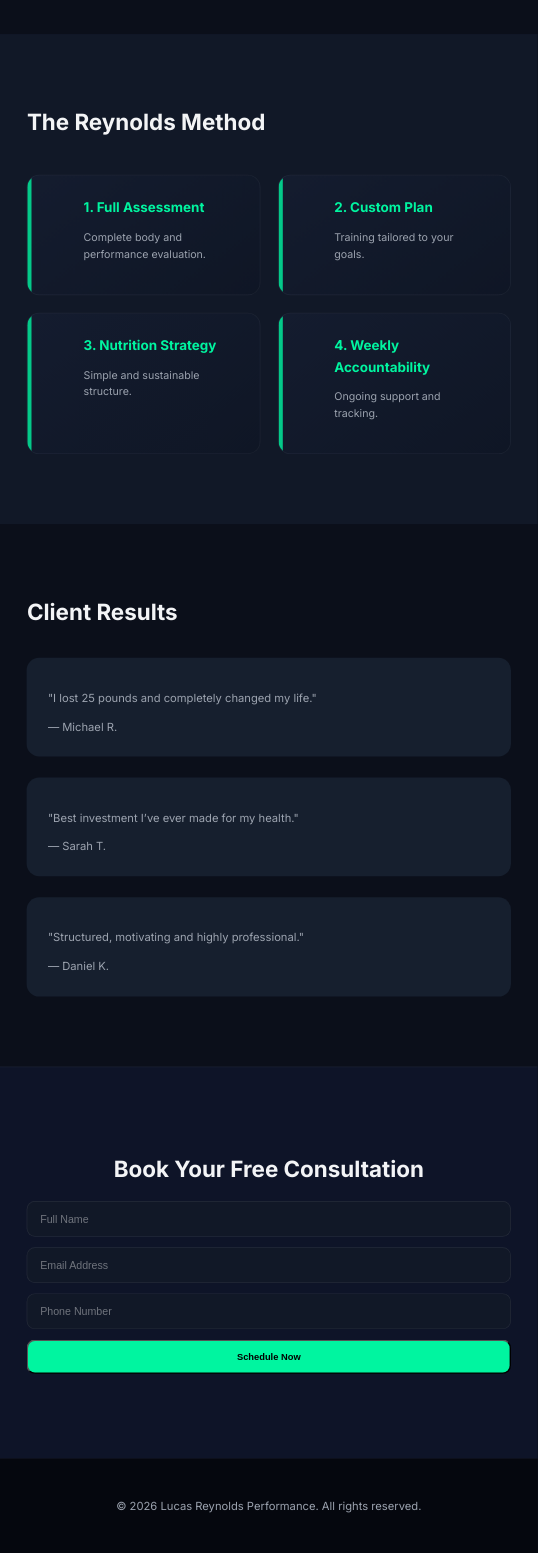
Repository: davidfsillva/Landing-page-pro
Page: index.html
The author's editor kept a copy of each file at every save. The page is drawn from the files as they stood at one save, then again after a run of saves.
The browser window is 768 px wide. The pictures show the part of the page from y = 1584 to 3824 px (the page is 3803 px tall before and 4068 px after), at 70% of full size.

Above is the page before, as saved 2026-02-25 19:24:44.

### index.html
<!DOCTYPE html>
<html lang="en">
<head>
    <!-- ================= BASIC META ================= -->
    <meta charset="UTF-8">
    <meta name="viewport" content="width=device-width, initial-scale=1.0, maximum-scale=5.0">
    <meta name="robots" content="index, follow">
    <link rel="canonical" href="https://www.davidperformance.com">

    <!-- ================= SEO ================= -->
    <title>David Performance | Elite Personal Trainer</title>
    <meta name="description" content="Elite personal training focused on fat loss, muscle building and peak performance. Customized programs, strategic nutrition and real accountability. Book your free fitness consultation today.">

    <!-- ================= OPEN GRAPH ================= -->
    <meta property="og:title" content="David Performance | Transform Your Body in 90 Days">
    <meta property="og:description" content="Personalized training programs with proven results. Limited spots available.">
    <meta property="og:type" content="website">
    <meta property="og:image" content="https://placehold.co/1200x630/0B1020/00FF99?text=DAVID+PERFORMANCE">
    <meta property="og:url" content="https://www.davidperformance.com">
    <meta name="twitter:card" content="summary_large_image">

    <!-- ================= FONTS ================= -->
    <link rel="preconnect" href="https://fonts.googleapis.com">
    <link href="https://fonts.googleapis.com/css2?family=Inter:wght@300;400;600;700;800&display=swap" rel="stylesheet">

    <!-- Icons -->
    <link rel="stylesheet" href="https://cdnjs.cloudflare.com/ajax/libs/font-awesome/6.0.0-beta3/css/all.min.css">

    <!-- CSS -->
    <link rel="stylesheet" href="style.css">

    <!-- ================= PIXEL / TRACKING ================= -->
    <!-- Add Meta Pixel or Google Tag Manager here -->
</head>

<body>

<header class="header">
  <div class="container header-flex">
      <div class="logo">LUCAS REYNOLDS</div>

      <button class="menu-toggle" id="menuToggle">☰</button>

      <nav class="nav" id="nav">
        <a href="#home">Home</a>
        <a href="#about">About</a>
        <a href="#method">Method</a>
        <a href="#results">Results</a>
      </nav>
  </div>
</header>

<main>

<!-- HERO -->
<section id="home" class="hero">
    <div class="hero-overlay"></div>

    <div class="container hero-grid">

        <div class="hero-content">
            <div class="hero-badge">
                Trusted by 320+ Clients
            </div>

            <h1>
                TRANSFORM YOUR BODY IN
                <span>90 DAYS</span>
                OR LESS
            </h1>

            <p>
                Elite personal coaching focused on fat loss, muscle growth and peak performance.
                No generic workouts. Just real strategy and real accountability.
            </p>

            <div class="hero-buttons">
                <a href="#contact" class="btn btn-primary">
                    Book Free Consultation
                </a>
            </div>

            <div class="hero-proof">
                <div>
                    <strong>320+</strong>
                    <small>Transformations</small>
                </div>

                <div>
                    <strong>8+ Years</strong>
                    <small>Experience</small>
                </div>
            </div>
        </div>

    </div>
</section>

<!-- ABOUT -->
<section id="about" class="section">
    <div class="container">
        <h2>Why Most People Fail</h2>

        <div class="grid-3">

            <div class="card">
                <h3>Generic Workouts</h3>
                <p>Programs not built for your body or goals.</p>
            </div>

            <div class="card">
                <h3>Poor Nutrition</h3>
                <p>No structured nutrition strategy to match your lifestyle.</p>
            </div>

            <div class="card">
                <h3>No Accountability</h3>
                <p>Without guidance, consistency becomes impossible.</p>
            </div>

        </div>
    </div>
</section>

<!-- METHOD -->
<section id="method" class="section section-dark">
    <div class="container">
        <h2>The Reynolds Method</h2>

        <div class="method-list">
            <div class="method-item">
                <strong>1. Full Assessment</strong>
                <p>Complete body and performance evaluation.</p>
            </div>

            <div class="method-item">
                <strong>2. Custom Plan</strong>
                <p>Training tailored to your goals.</p>
            </div>

            <div class="method-item">
                <strong>3. Nutrition Strategy</strong>
                <p>Simple and sustainable structure.</p>
            </div>

            <div class="method-item">
                <strong>4. Weekly Accountability</strong>
                <p>Ongoing support and tracking.</p>
            </div>
        </div>
    </div>
</section>

<!-- RESULTS -->
<section id="results" class="section">
    <div class="container">
        <h2>Client Results</h2>

        <div class="grid-3">

            <div class="testimonial">
                <p>"I lost 25 pounds and completely changed my life."</p>
                <span>— Michael R.</span>
            </div>

            <div class="testimonial">
                <p>"Best investment I’ve ever made for my health."</p>
                <span>— Sarah T.</span>
            </div>

            <div class="testimonial">
                <p>"Structured, motivating and highly professional."</p>
                <span>— Daniel K.</span>
            </div>

        </div>
    </div>
</section>

<!-- CONTACT -->
<section id="contact" class="section cta">
    <div class="container">
        <h2>Book Your Free Consultation</h2>

        <form class="form">
            <input type="text" placeholder="Full Name" required>
            <input type="email" placeholder="Email Address" required>
            <input type="tel" placeholder="Phone Number" required>

            <button type="submit" class="btn btn-primary">
                Schedule Now
            </button>
        </form>
    </div>
</section>

</main>

<footer class="footer">
    <div class="container">
        <p>© 2026 Lucas Reynolds Performance. All rights reserved.</p>
    </div>
</footer>

<script src="script.js"></script>
</body>
</html>

### style.css
* {
    margin: 0;
    padding: 0;
    box-sizing: border-box;
}

:root {
    --bg: #0B0F1A;
    --bg-dark: #111827;
    --card: #161F2E;

    --text: #F3F4F6;
    --muted: #9CA3AF;

    --accent: #00F5A0;

    --radius: 18px;
}

body {
    font-family: 'Inter', sans-serif;
    background: var(--bg);
    color: var(--muted);
    line-height: 1.6;
}

.container {
    width: 90%;
    max-width: 1200px;
    margin: auto;
}

.section {
    padding: 100px 0;
}

.section-dark {
    background: var(--bg-dark);
}

h1, h2, h3 {
    color: var(--text);
}

h1 {
    font-size: clamp(2.5rem, 5vw, 4rem);
    line-height: 1.1;
}

h1 span {
    color: var(--accent);
}

h2 {
    font-size: 2rem;
    margin-bottom: 40px;
}

p {
    margin: 15px 0;
}

.btn {
    display: inline-block;
    padding: 15px 35px;
    border-radius: 50px;
    font-weight: 600;
    text-decoration: none;
    transition: 0.3s ease;
}

.btn-primary {
    background: var(--accent);
    color: #000;
}

.btn-primary:hover {
    transform: translateY(-3px);
}

/* HEADER */
.header {
    position: fixed;
    width: 100%;
    background: rgba(11,15,26,0.9);
    backdrop-filter: blur(8px);
    padding: 20px 0;
    z-index: 1000;
}

.header-flex {
    display: flex;
    justify-content: space-between;
    align-items: center;
}

.logo {
    font-weight: 800;
    color: var(--accent);
}

.nav {
    display: flex;
    gap: 30px;
}

.nav a {
    color: var(--muted);
    text-decoration: none;
}

.nav a:hover {
    color: var(--accent);
}

.menu-toggle {
    display: none;
    background: none;
    border: none;
    color: var(--accent);
    font-size: 1.5rem;
}

/* HERO */
.hero {
    height: 100vh;
    display: flex;
    align-items: center;
    background: url('img/pexels-ardit-mbrati-216809103-18187618.jpg') center right/cover no-repeat;
    position: relative;
    padding-top: 80px;
}

.hero-overlay {
    position: absolute;
    inset: 0;
    background: linear-gradient(270deg, rgba(11, 15, 26, 0.116), rgb(11, 15, 26));
}

.hero-grid {
    position: relative;
}

.hero-content {
    max-width: 600px;
}

.hero-badge {
    background: rgba(0,245,160,0.1);
    color: var(--accent);
    padding: 8px 16px;
    border-radius: 50px;
    display: inline-block;
    margin-bottom: 20px;
}

.hero-proof {
    display: flex;
    gap: 40px;
    margin-top: 30px;
}

.hero-proof strong {
    color: var(--accent);
    font-size: 1.5rem;
    display: block;
}

/* ===============================
   ABOUT SECTION UPGRADE
=================================*/

#about {
    text-align: center;
}

#about h2 {
    margin-bottom: 60px;
    position: relative;
}

#about h2::after {
    content: "";
    width: 60px;
    height: 3px;
    background: var(--accent);
    display: block;
    margin: 18px auto 0;
    border-radius: 3px;
}

/* GRID */
.grid-3 {
    display: grid;
    gap: 35px;
}

/* CARD ESTILO PROBLEMA */
.card {
    position: relative;
    background: linear-gradient(145deg, #121A2B, #0E1524);
    padding: 40px 30px;
    border-radius: 20px;
    border: 1px solid rgba(255,255,255,0.04);
    transition: 0.35s ease;
    text-align: left;
    overflow: hidden;
}



/* Hover mais forte */
.card:hover {
    transform: translateY(-10px);
    border-color: var(--accent);
    box-shadow: 0 25px 60px -20px var(--accent);
}

.card h3 {
    color: var(--accent);
    font-size: 1.2rem;
    margin-bottom: 15px;
}

.card p {
    font-size: 0.95rem;
    color: var(--muted);
    line-height: 1.6;
}



/* ===============================
   METHOD SECTION IMPROVED
=================================*/

.method-list {
    display: grid;
    gap: 30px;
    margin-top: 50px;
}

.method-item {
    position: relative;
    background: linear-gradient(145deg, #141C2F, #0F1625);
    padding: 30px 35px 30px 80px;
    border-radius: 18px;
    border: 1px solid rgba(255,255,255,0.05);
    transition: 0.35s ease;
    overflow: hidden;
}

/* Linha lateral de destaque */
.method-item::before {
    content: "";
    position: absolute;
    left: 0;
    top: 0;
    height: 100%;
    width: 6px;
    background: var(--accent);
    opacity: 0.8;
}

/* Número grande no fundo */
.method-item::after {
    content: attr(data-step);
    position: absolute;
    right: 25px;
    top: 20px;
    font-size: 4rem;
    font-weight: 800;
    color: rgba(255,255,255,0.04);
}

/* Hover sofisticado */
.method-item:hover {
    transform: translateY(-8px);
    border-color: var(--accent);
    box-shadow: 0 20px 50px -15px rgba(0,245,160,0.25);
}

.method-item strong {
    display: block;
    font-size: 1.2rem;
    color: var(--text);
    margin-bottom: 10px;
}

.method-item p {
    font-size: 0.95rem;
    color: var(--muted);
    max-width: 500px;
}



/* CARDS */
.grid-3 {
    display: grid;
    gap: 30px;
}

.card, .testimonial {
    background: var(--card);
    padding: 30px;
    border-radius: var(--radius);
}

.method-list {
    display: grid;
    gap: 25px;
}

.method-item strong {
    color: var(--accent);
}

/* FORM */
.form {
    display: grid;
    gap: 20px;
    max-width: 500px;
}

.form input {
    padding: 15px;
    border-radius: 10px;
    border: none;
}

/* ===============================
   CTA CLEAN HIGH-END
=================================*/

.cta {
    background: #0E1428;
    padding: 120px 0;
    text-align: center;
    border-top: 1px solid rgba(255,255,255,0.05);
    border-bottom: 1px solid rgba(255,255,255,0.05);
}

.cta h2 {
    font-size: clamp(2rem, 4vw, 2.6rem);
    margin-bottom: 20px;
}

.cta p {
    max-width: 600px;
    margin: 0 auto 50px auto;
    font-size: 1rem;
    color: var(--muted);
}

/* FORM INLINE PREMIUM */
.form {
    max-width: 900px;
    margin: 0 auto;
    display: grid;
    grid-template-columns: repeat(4, 1fr);
    gap: 15px;
}

/* INPUTS */
.form input {
    padding: 16px 18px;
    border-radius: 12px;
    border: 1px solid rgba(255,255,255,0.08);
    background: #111827;
    color: var(--text);
    font-size: 0.95rem;
    transition: 0.3s ease;
}

.form input::placeholder {
    color: rgba(255,255,255,0.4);
}

.form input:focus {
    border-color: var(--accent);
    box-shadow: 0 0 0 3px rgba(0,245,160,0.12);
    outline: none;
}

/* BOTÃO */
.form button {
    border-radius: 12px;
    font-weight: 700;
}

/* RESPONSIVO */
@media (max-width: 900px) {
    .form {
        grid-template-columns: 1fr;
    }
}

/* FOOTER */
.footer {
    padding: 40px 0;
    text-align: center;
    background: #05070E;
}

/* RESPONSIVE */

@media (max-width: 768px) {
    .nav {
        display: none;
        flex-direction: column;
        background: var(--bg-dark);
        position: absolute;
        top: 70px;
        right: 0;
        padding: 20px;
    }

    .nav.active {
        display: flex;
    }

    .menu-toggle {
        display: block;
    }

    .hero-proof {
        flex-direction: column;
    }


    .method-list {
        grid-template-columns: repeat(2, 1fr);
    }

    .grid-3 {
        grid-template-columns: 1fr;
    }

    .method-list {

    }


}

### script.js
(function () {
  "use strict";

  /* =====================================================
     1. MENU RESPONSIVO COM ACESSIBILIDADE
  ===================================================== */
  const menuToggle = document.getElementById("menuToggle");
  const navMenu = document.getElementById("navMenu");

  if (menuToggle && navMenu) {
    menuToggle.addEventListener("click", () => {
      const isActive = navMenu.classList.toggle("active");

      // Atualiza aria-expanded para acessibilidade
      menuToggle.setAttribute("aria-expanded", isActive);

      // Impede scroll do body quando menu aberto
      document.body.style.overflow = isActive ? "hidden" : "auto";
    });

    // Fecha menu ao clicar em link
    document.querySelectorAll(".nav-menu a").forEach(link => {
      link.addEventListener("click", () => {
        navMenu.classList.remove("active");
        menuToggle.setAttribute("aria-expanded", "false");
        document.body.style.overflow = "auto";
      });
    });
  }

  /* =====================================================
     2. SCROLL SUAVE COM OFFSET DO HEADER
  ===================================================== */
  const header = document.querySelector("header");

  document.querySelectorAll('a[href^="#"]').forEach(anchor => {
    anchor.addEventListener("click", function (e) {
      const targetId = this.getAttribute("href");
      if (targetId === "#") return;

      const target = document.querySelector(targetId);
      if (!target) return;

      e.preventDefault();

      const headerHeight = header ? header.offsetHeight : 0;
      const elementPosition = target.getBoundingClientRect().top + window.scrollY;
      const offsetPosition = elementPosition - headerHeight - 10;

      window.scrollTo({
        top: offsetPosition,
        behavior: "smooth"
      });
    });
  });

  /* =====================================================
     3. REVEAL ON SCROLL (OTIMIZADO)
  ===================================================== */
  const reveals = document.querySelectorAll(".reveal");

  if ("IntersectionObserver" in window) {
    const revealObserver = new IntersectionObserver((entries, observer) => {
      entries.forEach(entry => {
        if (entry.isIntersecting) {
          entry.target.classList.add("active");
          observer.unobserve(entry.target);
        }
      });
    }, {
      threshold: 0.15,
      rootMargin: "0px 0px -40px 0px"
    });

    reveals.forEach(el => revealObserver.observe(el));
  } else {
    // Fallback simples
    reveals.forEach(el => el.classList.add("active"));
  }

  /* =====================================================
     4. CONTADOR ANIMADO
  ===================================================== */
  const counter = document.querySelector(".counter-number");

  if (counter) {
    const target = parseInt(counter.dataset.target, 10);
    let current = 0;
    const duration = 1500;
    const startTime = performance.now();

    const animateCounter = (timestamp) => {
      const progress = Math.min((timestamp - startTime) / duration, 1);
      current = Math.floor(progress * target);
      counter.textContent = current.toLocaleString("pt-BR");

      if (progress < 1) {
        requestAnimationFrame(animateCounter);
      } else {
        counter.textContent = target.toLocaleString("pt-BR");
      }
    };

    const counterObserver = new IntersectionObserver(entries => {
      if (entries[0].isIntersecting) {
        requestAnimationFrame(animateCounter);
        counterObserver.disconnect();
      }
    }, { threshold: 0.6 });

    counterObserver.observe(counter);
  }

  /* =====================================================
     5. VALIDAÇÃO AVANÇADA + REDIRECIONAMENTO WHATSAPP
  ===================================================== */
  const form = document.getElementById("leadForm");
  const feedback = document.getElementById("formFeedback");

  if (form && feedback) {
    form.addEventListener("submit", function (e) {
      e.preventDefault();

      const nome = document.getElementById("nome").value.trim();
      const email = document.getElementById("email").value.trim();
      const telefone = document.getElementById("telefone").value.trim();
      const telDigits = telefone.replace(/\D/g, "");

      // Reset visual
      feedback.style.color = "#ff4d4d";
      feedback.textContent = "";

      /* ===== Validações ===== */

      if (nome.length < 5 || !/\s/.test(nome)) {
        feedback.textContent = "Digite nome e sobrenome corretamente.";
        return;
      }

      const emailRegex = /^[^\s@]+@[^\s@]+\.[^\s@]+$/;
      if (!emailRegex.test(email)) {
        feedback.textContent = "Digite um e-mail válido.";
        return;
      }

      if (telDigits.length < 10 || telDigits.length > 11) {
        feedback.textContent = "WhatsApp inválido. Use DDD + número.";
        return;
      }

      /* ===== Sucesso ===== */
      feedback.style.color = "#00FF99";
      feedback.textContent = "Redirecionando para o WhatsApp...";

      /* ===== Disparo de Pixel ===== */

      // Meta Pixel
      if (typeof fbq === "function") {
        fbq("track", "Lead");
      }

      // Google Ads (exemplo)
      if (typeof gtag === "function") {
        gtag("event", "conversion", {
          event_category: "Lead",
          event_label: "Form Landing"
        });
      }

      /* ===== Redirecionamento WhatsApp ===== */

      const numeroPersonal = "5511999999999"; // ⚠️ ALTERE AQUI
      const mensagem = encodeURIComponent(
        `Olá! Me chamo ${nome}.\nQuero agendar minha avaliação gratuita.\nE-mail: ${email}`
      );

      setTimeout(() => {
        window.location.href = `https://wa.me/${numeroPersonal}?text=${mensagem}`;
      }, 1200);
    });
  }

})();

After the next 2 saves:
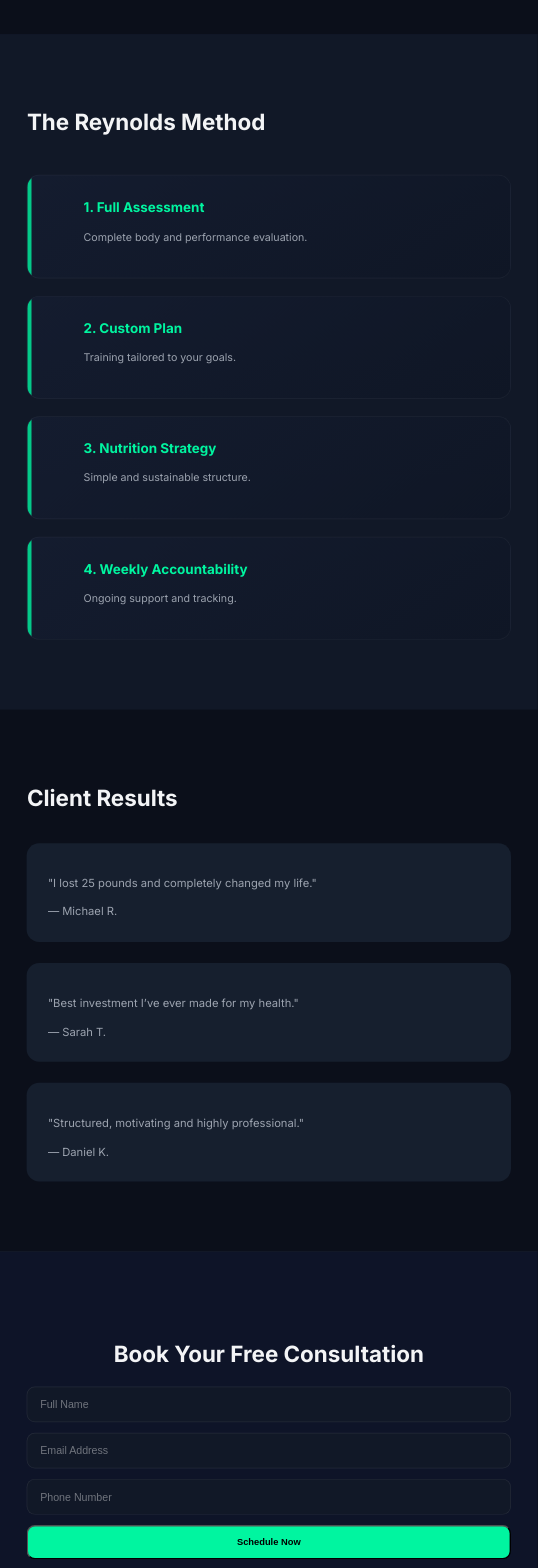
The 2 saves are shown as one change because they came seconds apart.
The last was saved 9 s later.
--- a/style.css
+++ b/style.css
@@ -438,8 +438,9 @@ p {
     }
 
     .method-list {
-
-    }
-
-
-}
+        grid-template-columns: 1fr;
+
+    }
+
+
+}
